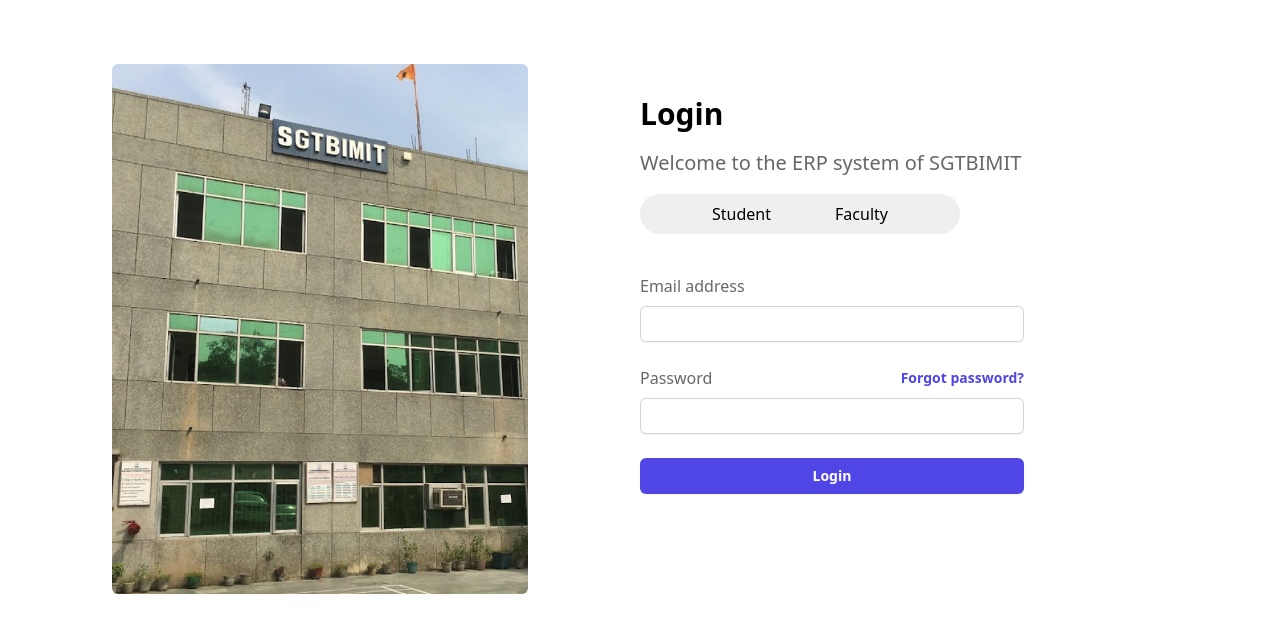
Repository: SehajBindra/SGTBIMIT-ERP-Client
Page: /StudentLogin
These files come from the project's save history. The page is drawn as it stood at one moment and after the next save; the edit follows.
The browser window is 1280 px wide. The pictures show the whole page.
The project was rebuilt for these pictures with package versions that can differ from the ones it lists, and the page was loaded fresh each time. Also part of the build but not shown: src/LOGIN/Login.js, src/LOGIN/FACULTY/FacultyLogin.js, src/STUDENT_PAGE/StuBody.js, src/STUDENT_PAGE/StuSidebar.js, src/STUDENT_PAGE/StuHeader.js, src/STUDENT_PAGE/StudentHome.js, src/FACULTY_PAGE/FacBody.js, src/FACULTY_PAGE/FacHeader.js and 2 more.

Above is the page before, as saved 2023-05-14 16:04:07.

After the next save:
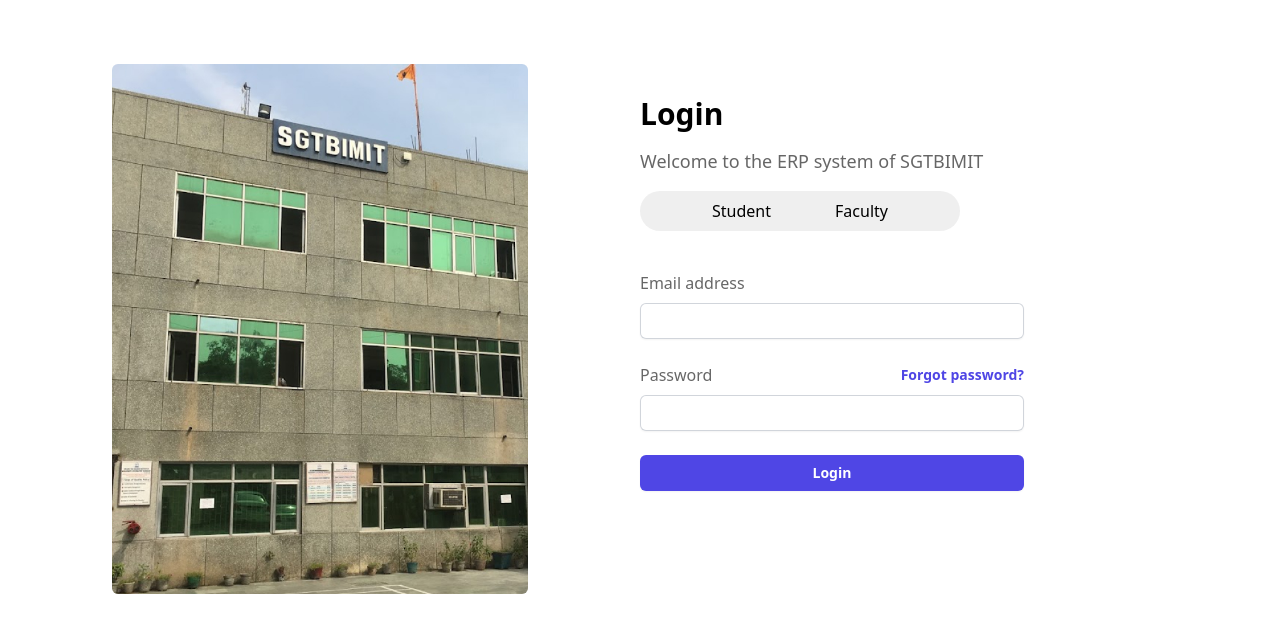
Saved 7 s later.
--- a/src/LOGIN/STUDENT/StudentLogin.js
+++ b/src/LOGIN/STUDENT/StudentLogin.js
@@ -27,7 +27,7 @@
 
       <div className="bg-white text-left  col-span-2 my-8">
         <h2 className="text-3xl  font-semibold">Login</h2>
-        <p className="text-black/60 text-[20px] my-4">
+        <p className="text-black/60 text-[18px] my-4">
           Welcome to the ERP system of SGTBIMIT
         </p>
 
